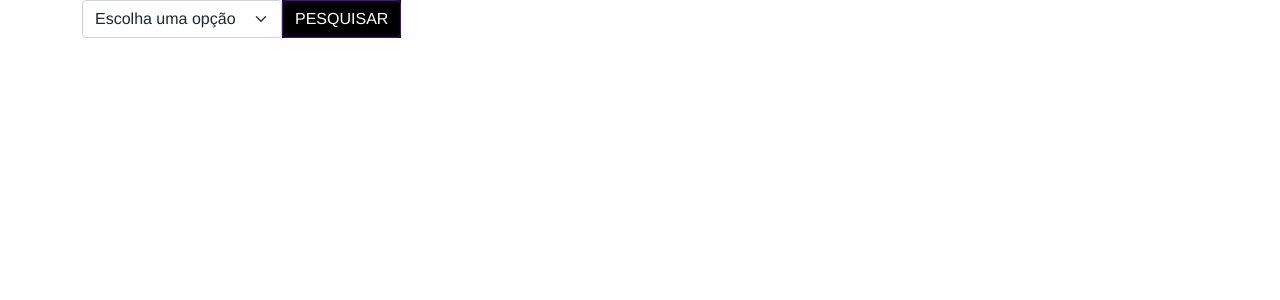
Repository: LuismGil/Countries-list
Page: /
The author's editor kept a copy of each file at every save. The page is drawn from the files as they stood at one save, then again after the next save.
The browser window is 1280 px wide. The pictures show the whole page.
The first visible `.btn-find` is being pressed.
The project was rebuilt for these pictures with package versions that can differ from the ones it lists, and the page was loaded fresh each time.

Above is the page before, as saved 2021-05-22 21:22:13.

After the next save:
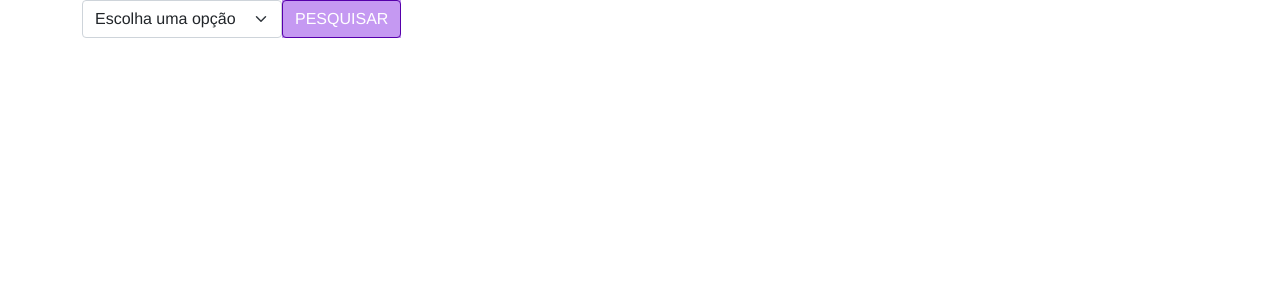
Saved 7 s later.
--- a/src/components/MvCountries.vue
+++ b/src/components/MvCountries.vue
@@ -44,9 +44,4 @@ export default {
   background-color: #c599f2;
 }
 
-.btn-find:active {
-   color: #fff;
-  background-color: #000;
-}
-
 </style>
